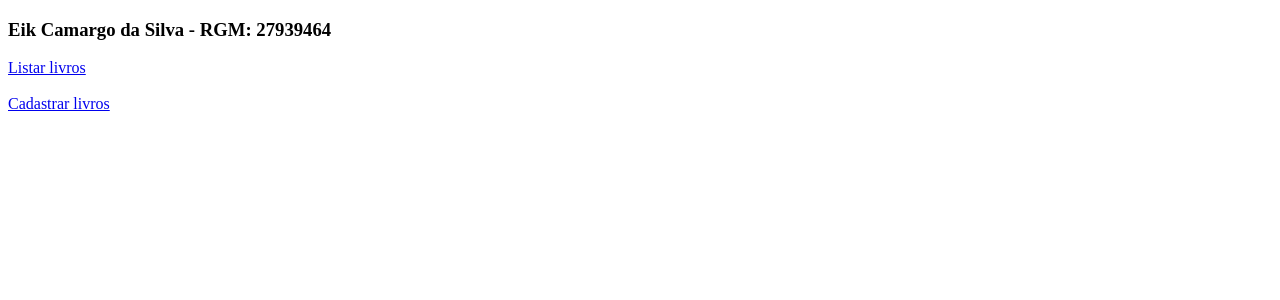
Repository: EikDEV/Atividade-Cliente-Servidor
Page: crudjspjava/src/main/webapp/inicio.html
The author's editor kept a copy of each file at every save. The page is drawn from the files as they stood at one save, then again after the next save.
The browser window is 1280 px wide. The pictures show the whole page.

Above is the page before, as saved 2022-11-04 20:32:29.

After the next save:
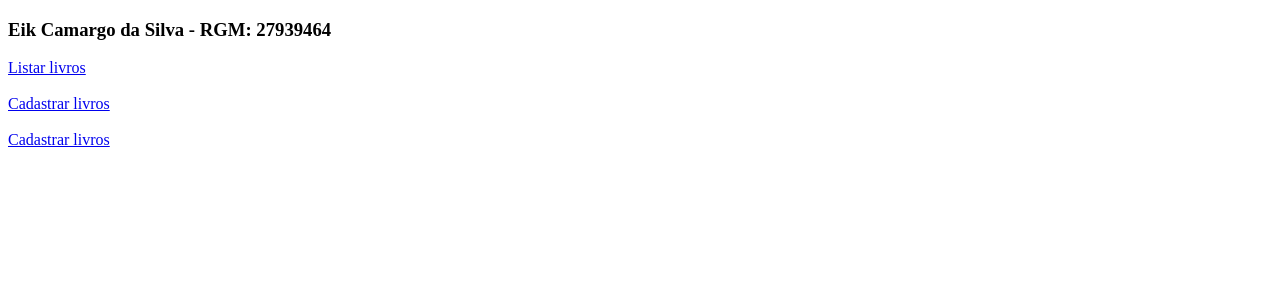
Saved 73 s later.
--- a/crudjspjava/src/main/webapp/inicio.html
+++ b/crudjspjava/src/main/webapp/inicio.html
@@ -10,5 +10,8 @@
 	<br>
 	<br>
 	<a href="addlivroform.jsp">Cadastrar livros</a>
+	<br>
+	<br>
+	<a href="listaLivrosPorCategoria.jsp">Cadastrar livros</a>
 </body>
 </html>
